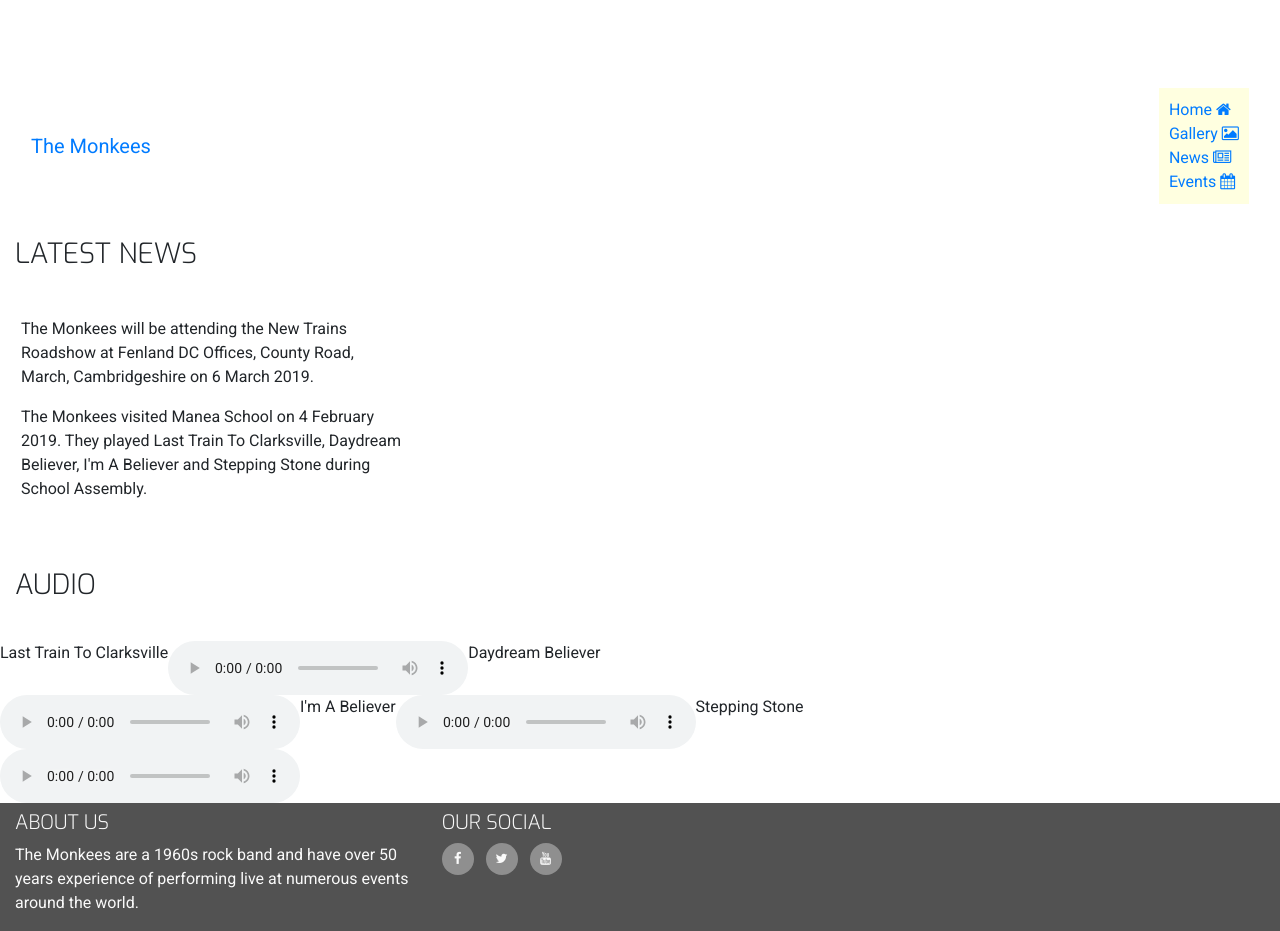
Repository: Code-Institute-Submissions/ucd-band
Page: news.html
The author's editor kept a record of every edit. The page is drawn from the files as they stood at one moment, then again after the next edit.
The browser window is 1280 px wide. The pictures show the whole page.

Above is the page before.

### news.html
<!DOCTYPE html>
<html>
    <head>
    <meta name="viewport" content="width=device-width, initial-scale=1">
    <!-- Display Title in the Browser Window -->
    <title>The Monkees - News Page</title>
    <!-- Load Style Sheets -->
    <link rel="stylesheet" href="https://maxcdn.bootstrapcdn.com/bootstrap/4.3.1/css/bootstrap.min.css" integrity="sha384-ggOyR0iXCbMQv3Xipma34MD+dH/1fQ784/j6cY/iJTQUOhcWr7x9JvoRxT2MZw1T" crossorigin="anonymous">
    <link rel="stylesheet" href="https://maxcdn.bootstrapcdn.com/font-awesome/4.7.0/css/font-awesome.min.css" type="text/css" />
    <link rel="stylesheet" href="assets/css/style.css" type="text/css" />

</head>
<body>
  <!-- Set Up Navigation -->
  <nav class="navbar navbar-default">
        <div class="container-fluid">
            <!-- Logo -->
            <div class="navbar-header">
                <a href="index.html" class="navbar-brand" title="The Monkees">The Monkees</a>
            </div>

            <!-- navbar with icons -->
            <ul class="nav navbar-nav">
                <li><a href="index.html">Home <i class="fa fa-home" aria-hidden="true"></i></a></li>
                <li><a href="gallery.html">Gallery <i class="fa fa-picture-o" aria-hidden="true"></i></a></li>
                <li class="active"><a href="news.html">News <i class="fa fa-newspaper-o" aria-hidden="true"></i></a></li>
                <li><a href="events.html">Events <i class="fa fa-calendar" aria-hidden="true"></i></a></li>
            </ul>
        </div>
 </nav>

    <section class="container-fluid">
            <div class="row row-table">
                <div class="col-xs-12 col-sm-12 col-md-4">
                    <div class="row">
                        <div class="col-sm-12">
                            <h3 class="section-heading uppercase">Latest News</h3>
                        </div>
                    </div>
                    <div class="news-item">
                        <p class="news-description">The Monkees will be attending the New Trains Roadshow
                        at Fenland DC Offices, County Road, March, Cambridgeshire
                        on 6 March 2019.</p>
                        <p class="news-description">The Monkees visited Manea School on 4 February 2019.
                        They played Last Train To Clarksville, Daydream Believer, I'm A Believer and Stepping Stone during School Assembly.</p>
                        </div>
                    </div>
                <div class="col-xs-12 col-sm-12 col-md-8 bg-color-audio section-column">
                    <div class="row">
                        <div class="col-sm-12">
                            <h3 class="section-heading uppercase">Audio</h3>
                        </div>

                        <!-- Audio -->
                        <p class="audio-description">Last Train To Clarksville</p>
                        <audio controls>
                            <source src="assets/audio/Clarksville.mp3" type="audio/mpeg">
                            Your browser does not support the audio tag
                        </audio>

                        <p class="audio-description">Daydream Believer</p>
                        <audio controls>
                            <source src="assets/audio/DaydreamBeliever.mp3" type="audio/mpeg">
                            Your browser does not support the audio tag
                        </audio>

                        <p class="audio-description">I'm A Believer</p>
                        <audio controls>
                            <source src="assets/audio/ImABeliever.mp3" type="audio/mpeg">
                            Your browser does not support the audio tag
                        </audio>

                        <p class="audio-description">Stepping Stone</p>
                        <audio controls>
                            <source src="assets/audio/SteppingStone.mp3" type="audio/mpeg">
                            Your browser does not support the audio tag
                        </audio>
                    </div>

                   </div>




            </div>
        </section>

    <!-- Provide footer details -->
    <footer class="container-fluid">
        <div class="row">
            <!-- Provide Information about The Monkees -->
            <div class="col-xs-12 col-sm-4 mt-2">
                <h5 class="uppercase general-sub">About Us</h5>
                <p class="inline-block">
                    The Monkees are a 1960s rock band and have over 50 years experience
                    of performing live at numerous events around the world.
                </p>
            </div>

            <!-- Provide Social Links (e.g. YouTube) -->
            <div class="col-xs-12 col-sm-8 mt-2">
                <h5 class="uppercase general-sub">Our Social</h5>
                <ul class="list-inline social-links">
                    <li class="list-inline-item"><a target="_blank" href="https://www.facebook.com/TheMonkees" title="Facebook"><i class="fa fa-facebook"></i></a></li>
                    <li class="list-inline-item"><a target="_blank" href="https://twitter.com/monkeesofficial" title="Twitter"><i class="fa fa-twitter"></i></a></li>
                    <li class="list-inline-item"><a target="_blank" href="https://www.youtube.com/user/themonkees" title="YouTube"><i class="fa fa-youtube"></i></a></li>
                </ul>

            </div>
        </div>
    </footer>
</body>
</html>

### assets/css/style.css
/* Import Font */


@import url('https://fonts.googleapis.com/css?family=Roboto:100,200,300,400,500,600,700|Exo:100,200,300,400,500,600,700');

/* Body */

body {

    font-family: "Roboto", Arial, Verdana, sans-serif;
    padding-top: 80px;

}

/* Navbar Styles */

.navbar-nav {

    background-color: lightyellow;

    padding: 10px;

}

.navbar {

    margin-bottom: 0;
    border: 0;
    width: 100%;

}

/* Special Padding/Margins/Text */

h1, h2, h3, h4 {
    margin: 0;
}

.uppercase {
    text-transform: uppercase;
}

.general-sub {
    font-family: "Exo", Arial, Verdana, sans-serif;
    font-weight: 300;
    color: #fafafa;
}

.inline-block {
    display: inline-block;
}

.row-table {
    display: table;
}

.section-heading {
    font-family: "Exo", Arial, Verdana, sans-serif;
    font-weight: 300;
    margin-top: 25px;
    margin-bottom: 40px;
}

/* Download PDF Styles */

.events-pdf {
    color: green;
    text-align: center;
    font-size: 18px;
    padding-left: 5px;
}

.events-pdf i:hover {
    color: purple;
    transition: all 0.35s ease-in-out;
    -moz-transition: all 0.35s ease-in-out;
    -webkit-transition: all 0.35s ease-in-out;
    -o-transition: all 0.35s ease-in-out;
}


/* Footer */

footer {
    background-color: #525252;
    color: #fafafa;
    min-height: 120px;
    margin: 0;
}



.social-links {
    padding-bottom: 15px;
}

.social-links li a i {
    width: 32px;
    height: 32px;
    padding: 12px 0px;
    border-radius: 50%;
    font-size: 13px;
    line-height: 7px;
    text-align: center;
    color: #fafafa;
    background: #8f8f8f;
    transition: all 0.35s ease-in-out;
    -moz-transition: all 0.35s ease-in-out;
    -webkit-transition: all 0.35s ease-in-out;
    -o-transition: all 0.35s ease-in-out;

}

.social-links li a i:hover {
    background: #e84610;

}

#footer-details {
    margin: 20px;
}



/* Welcome */

.welcome-item {
    margin-bottom: 20px;
    display: block;
    clear: both;
    padding: 8px;
}

.contents-item {
    font-family: "Roboto", Arial, Verdana, sans-serif;
    font-weight: 400;
}

/* News */

.news-item {
    margin-bottom: 20px;
    display: block;
    clear: both;
    padding: 6px;
}

.news-description {
    font-family: "Roboto", Arial, Verdana, sans-serif;
    font-weight: 400;
}

/* Audio */
.audio-description {
    font-family: "Roboto", Arial, Verdana, sans-serif;
    font-weight: 400;
}




/* Table Styles */

th {
    background-color: lightblue;
}


/* Gallery */
div .desc {
    padding: 15px;
    text-align: center;
}

div .gallery {
    border: 1px solid #676767;
}

div .gallery:hover {
    border: 1px solid #e84610;
}

div .gallery img {
    height: auto;
    width: 100%;
}

hr {
    border: 1px solid black;
}

img {
    display: block;
    margin: auto;
}

.responsive {
    padding: 4px 10px;
    float: left;
    width: 20%;
}

.img-clearfix:after {
    content: "";
    display: table;
    clear: both;
}

/* Media Queries */

@media only screen and (min-width: 501px) and (max-width: 700px) {
    .responsive {
        width: 50%;
        margin: 6px 0px;
    }
}

@media only screen and (max-width: 500px) {
    .responsive {
        width: 100%;
    }
}

After the next edit:
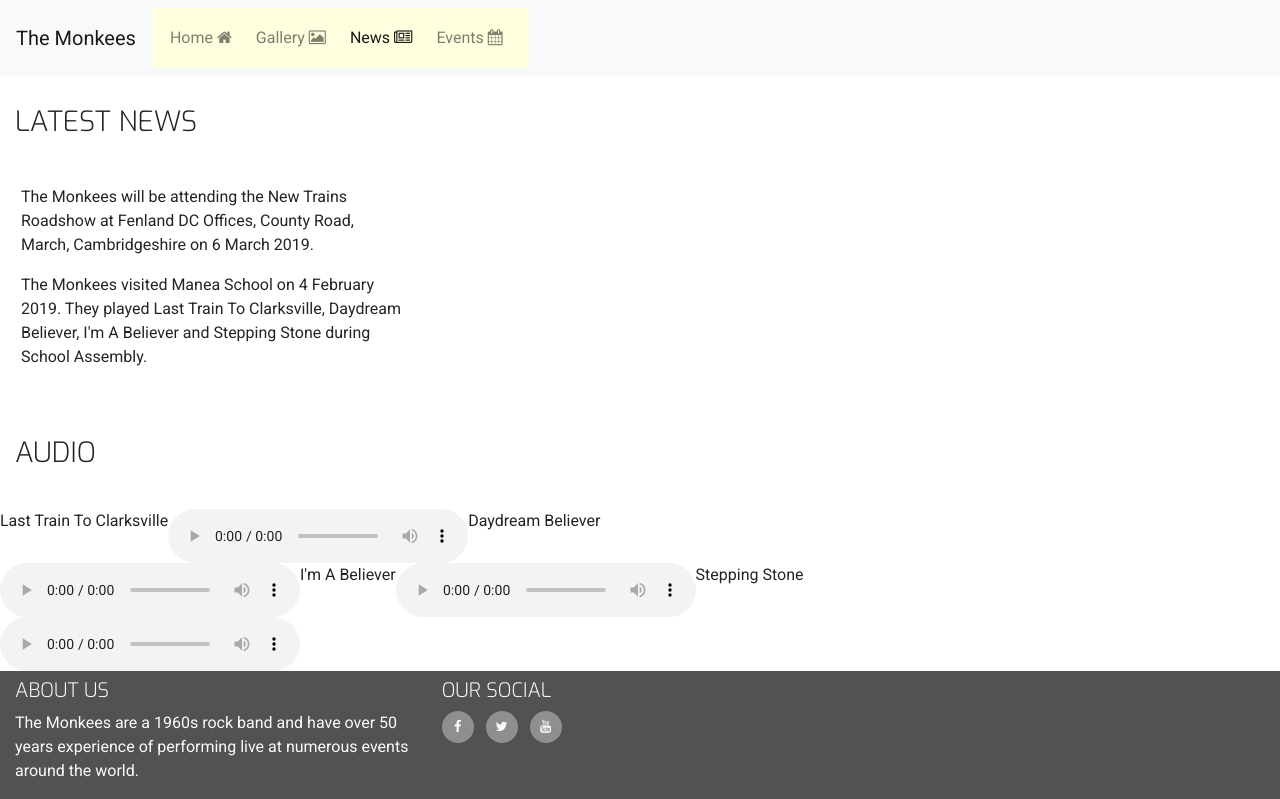
The edit:
--- a/news.html
+++ b/news.html
@@ -11,22 +11,29 @@
 
 </head>
 <body>
-  <!-- Set Up Navigation -->
-  <nav class="navbar navbar-default">
-        <div class="container-fluid">
-            <!-- Logo -->
-            <div class="navbar-header">
-                <a href="index.html" class="navbar-brand" title="The Monkees">The Monkees</a>
+ <!-- Set Up Navigation -->
+  <nav class="navbar navbar-light bg-light navbar-expand-sm fixed-top">
+
+            <!-- Set Up Brand -->
+            <a href="index.html" class="navbar-brand" title="The Monkees">The Monkees</a>
+
+            <!-- Set Up Navbar Toggler -->
+             <button class="navbar-toggler" type="button" data-toggle="collapse" data-target="#navbarSupportedContent" aria-controls="navbarSupportedContent" aria-expanded="false" aria-label="Toggle navigation">
+    <span class="navbar-toggler-icon"></span>
+  </button>
+
+            <!-- Set Up Navbar Links -->
+            <div class="collapse navbar-collapse" id="navbarSupportedContent">
+            <!-- Set Up Navbar with Icons -->
+                <ul class="navbar-nav mr-auto">
+
+                    <li class="nav-item mr-2"><a class="nav-link" href="index.html">Home <i class="fa fa-home" aria-hidden="true"></i></a></li>
+                    <li class="nav-item mr-2"><a class="nav-link" a href="gallery.html">Gallery <i class="fa fa-picture-o" aria-hidden="true"></i></a></li>
+                    <li class="active nav-item mr-2"><a class="nav-link" a href="news.html">News <i class="fa fa-newspaper-o" aria-hidden="true"></i></a></li>
+                    <li class="nav-item mr-2"><a class="nav-link" href="events.html">Events <i class="fa fa-calendar" aria-hidden="true"></i></a></li>
+                </ul>
             </div>
 
-            <!-- navbar with icons -->
-            <ul class="nav navbar-nav">
-                <li><a href="index.html">Home <i class="fa fa-home" aria-hidden="true"></i></a></li>
-                <li><a href="gallery.html">Gallery <i class="fa fa-picture-o" aria-hidden="true"></i></a></li>
-                <li class="active"><a href="news.html">News <i class="fa fa-newspaper-o" aria-hidden="true"></i></a></li>
-                <li><a href="events.html">Events <i class="fa fa-calendar" aria-hidden="true"></i></a></li>
-            </ul>
-        </div>
  </nav>
 
     <section class="container-fluid">
